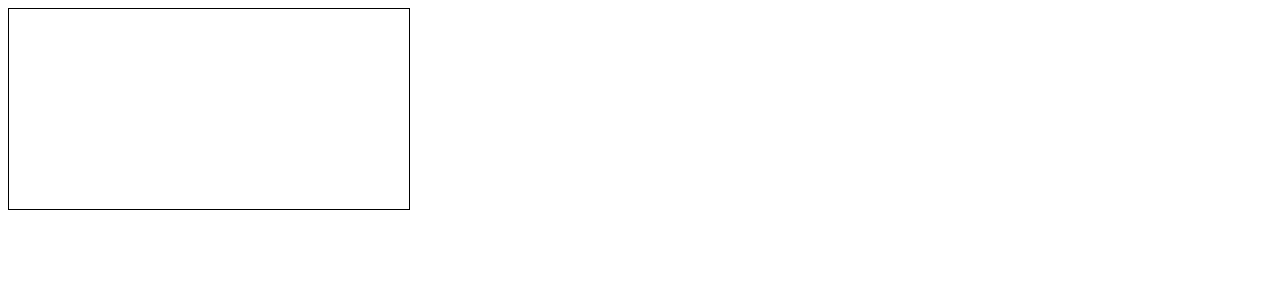
Repository: SeungYn/Javascript-study-toy
Page: canvas-tutorial/index.html
An editor plug-in stored every save of this project. The page is shown before and after the next save, followed by the edit.
The browser window is 1280 px wide. The pictures show the whole page.

Above is the page before, as saved 2023-03-14 12:54:14.
Console error: ReferenceError: context is not defined

### canvas-tutorial/index.html
<!DOCTYPE html>
<html lang="kr">
  <head>
    <meta charset="UTF-8" />
    <meta http-equiv="X-UA-Compatible" content="IE=edge" />
    <meta name="viewport" content="width=device-width, initial-scale=1.0" />

    <style type="text/css">
      #tutorial {
        border: 1px solid black;
      }
    </style>
  </head>
  <body>
    <canvas id="tutorial" width="400" height="200"></canvas>
  </body>

  <script>
    const canvas = document.getElementById('tutorial');
    console.log(canvas);
    var data = [20, 35, 30, 10, 15];

    // 그래프 스타일 정의
    var barWidth = 30;
    var barSpacing = 10;
    var barColor = '#00bfff';

    // 그래프 그리기
    context.beginPath();
    for (var i = 0; i < data.length; i++) {
      var x = i * (barWidth + barSpacing);
      var y = canvas.height - data[i];
      if (i === 0) {
        context.moveTo(x, y);
      } else {
        context.lineTo(x, y);
      }
    }
    context.lineTo(canvas.width - barSpacing, canvas.height);
    context.lineTo(0, canvas.height);
    context.closePath();
    context.fillStyle = barColor;
    context.fill();

    (async function () {
      const res = await fetch('/data.json');
      const json = await res.json();
      data = json.response;
      console.log(data);
      console.log(Object.entries(data).map((item) => item[1].value_bar));
      console.log(
        Math.max(...Object.entries(data).map((item) => item[1].value_bar))
      );
    })();
  </script>
</html>

### canvas-tutorial/data.json
{
  "type": "Flexsys Mock API",
  "version": 1.0,
  "response": {
    "2023-02-01 14:32:00": {
      "id": "성북구",
      "value_area": 46,
      "value_bar": 13111
    },
    "2023-02-01 14:32:05": {
      "id": "강남구",
      "value_area": 9,
      "value_bar": 19143
    },
    "2023-02-01 14:32:10": {
      "id": "노원구",
      "value_area": 79,
      "value_bar": 14798
    },
    "2023-02-01 14:32:15": {
      "id": "중랑구",
      "value_area": 4,
      "value_bar": 14456
    },
    "2023-02-01 14:32:20": {
      "id": "노원구",
      "value_area": 97,
      "value_bar": 19116
    },
    "2023-02-01 14:32:25": {
      "id": "성북구",
      "value_area": 66,
      "value_bar": 18098
    },
    "2023-02-01 14:32:30": {
      "id": "중랑구",
      "value_area": 84,
      "value_bar": 16243
    },
    "2023-02-01 14:32:35": {
      "id": "강남구",
      "value_area": 5,
      "value_bar": 13100
    },
    "2023-02-01 14:32:40": {
      "id": "성북구",
      "value_area": 13,
      "value_bar": 19429
    },
    "2023-02-01 14:32:45": {
      "id": "노원구",
      "value_area": 50,
      "value_bar": 14923
    },
    "2023-02-01 14:32:50": {
      "id": "강남구",
      "value_area": 24,
      "value_bar": 10127
    },
    "2023-02-01 14:32:55": {
      "id": "강남구",
      "value_area": 98,
      "value_bar": 12583
    },
    "2023-02-01 14:33:00": {
      "id": "중랑구",
      "value_area": 7,
      "value_bar": 12310
    },
    "2023-02-01 14:33:05": {
      "id": "중랑구",
      "value_area": 21,
      "value_bar": 15764
    },
    "2023-02-01 14:33:10": {
      "id": "강남구",
      "value_area": 67,
      "value_bar": 11060
    },
    "2023-02-01 14:33:15": {
      "id": "강남구",
      "value_area": 69,
      "value_bar": 14857
    },
    "2023-02-01 14:33:20": {
      "id": "노원구",
      "value_area": 86,
      "value_bar": 13995
    },
    "2023-02-01 14:33:25": {
      "id": "중랑구",
      "value_area": 59,
      "value_bar": 14773
    },
    "2023-02-01 14:33:30": {
      "id": "노원구",
      "value_area": 77,
      "value_bar": 18347
    },
    "2023-02-01 14:33:35": {
      "id": "성북구",
      "value_area": 77,
      "value_bar": 15970
    },
    "2023-02-01 14:33:40": {
      "id": "성북구",
      "value_area": 27,
      "value_bar": 18577
    },
    "2023-02-01 14:33:45": {
      "id": "성북구",
      "value_area": 33,
      "value_bar": 11704
    },
    "2023-02-01 14:33:50": {
      "id": "성북구",
      "value_area": 17,
      "value_bar": 17241
    },
    "2023-02-01 14:33:55": {
      "id": "노원구",
      "value_area": 22,
      "value_bar": 14450
    },
    "2023-02-01 14:34:00": {
      "id": "중랑구",
      "value_area": 27,
      "value_bar": 14970
    },
    "2023-02-01 14:34:05": {
      "id": "중랑구",
      "value_area": 99,
      "value_bar": 17906
    },
    "2023-02-01 14:34:10": {
      "id": "강남구",
      "value_area": 65,
      "value_bar": 11233
    },
    "2023-02-01 14:34:15": {
      "id": "노원구",
      "value_area": 38,
      "value_bar": 17306
    },
    "2023-02-01 14:34:20": {
      "id": "성북구",
      "value_area": 63,
      "value_bar": 14577
    },
    "2023-02-01 14:34:25": {
      "id": "중랑구",
      "value_area": 58,
      "value_bar": 13199
    },
    "2023-02-01 14:34:30": {
      "id": "중랑구",
      "value_area": 93,
      "value_bar": 12707
    },
    "2023-02-01 14:34:35": {
      "id": "강남구",
      "value_area": 74,
      "value_bar": 15064
    },
    "2023-02-01 14:34:40": {
      "id": "강남구",
      "value_area": 45,
      "value_bar": 16300
    },
    "2023-02-01 14:34:45": {
      "id": "성북구",
      "value_area": 7,
      "value_bar": 14605
    },
    "2023-02-01 14:34:50": {
      "id": "노원구",
      "value_area": 7,
      "value_bar": 15210
    },
    "2023-02-01 14:34:55": {
      "id": "성북구",
      "value_area": 89,
      "value_bar": 13578
    },
    "2023-02-01 14:35:00": {
      "id": "중랑구",
      "value_area": 37,
      "value_bar": 11298
    },
    "2023-02-01 14:35:05": {
      "id": "노원구",
      "value_area": 82,
      "value_bar": 15686
    },
    "2023-02-01 14:35:10": {
      "id": "중랑구",
      "value_area": 19,
      "value_bar": 11485
    },
    "2023-02-01 14:35:15": {
      "id": "성북구",
      "value_area": 37,
      "value_bar": 16848
    },
    "2023-02-01 14:35:20": {
      "id": "성북구",
      "value_area": 91,
      "value_bar": 18670
    },
    "2023-02-01 14:35:25": {
      "id": "강남구",
      "value_area": 44,
      "value_bar": 17165
    },
    "2023-02-01 14:35:30": {
      "id": "성북구",
      "value_area": 88,
      "value_bar": 15053
    },
    "2023-02-01 14:35:35": {
      "id": "성북구",
      "value_area": 1,
      "value_bar": 14998
    },
    "2023-02-01 14:35:40": {
      "id": "강남구",
      "value_area": 7,
      "value_bar": 17739
    },
    "2023-02-01 14:35:45": {
      "id": "중랑구",
      "value_area": 17,
      "value_bar": 19212
    },
    "2023-02-01 14:35:50": {
      "id": "노원구",
      "value_area": 73,
      "value_bar": 16757
    },
    "2023-02-01 14:35:55": {
      "id": "노원구",
      "value_area": 24,
      "value_bar": 12864
    },
    "2023-02-01 14:36:00": {
      "id": "노원구",
      "value_area": 99,
      "value_bar": 10178
    },
    "2023-02-01 14:36:05": {
      "id": "성북구",
      "value_area": 13,
      "value_bar": 19425
    },
    "2023-02-01 14:36:10": {
      "id": "강남구",
      "value_area": 2,
      "value_bar": 12455
    },
    "2023-02-01 14:36:15": {
      "id": "노원구",
      "value_area": 91,
      "value_bar": 16945
    },
    "2023-02-01 14:36:20": {
      "id": "성북구",
      "value_area": 10,
      "value_bar": 13734
    },
    "2023-02-01 14:36:25": {
      "id": "성북구",
      "value_area": 14,
      "value_bar": 13894
    },
    "2023-02-01 14:36:30": {
      "id": "중랑구",
      "value_area": 82,
      "value_bar": 19367
    },
    "2023-02-01 14:36:35": {
      "id": "중랑구",
      "value_area": 71,
      "value_bar": 15492
    },
    "2023-02-01 14:36:40": {
      "id": "강남구",
      "value_area": 2,
      "value_bar": 19082
    },
    "2023-02-01 14:36:45": {
      "id": "노원구",
      "value_area": 24,
      "value_bar": 13117
    },
    "2023-02-01 14:36:50": {
      "id": "노원구",
      "value_area": 96,
      "value_bar": 15744
    },
    "2023-02-01 14:36:55": {
      "id": "성북구",
      "value_area": 74,
      "value_bar": 15609
    },
    "2023-02-01 14:37:00": {
      "id": "노원구",
      "value_area": 48,
      "value_bar": 14747
    },
    "2023-02-01 14:37:05": {
      "id": "중랑구",
      "value_area": 34,
      "value_bar": 15331
    },
    "2023-02-01 14:37:10": {
      "id": "노원구",
      "value_area": 73,
      "value_bar": 12292
    },
    "2023-02-01 14:37:15": {
      "id": "강남구",
      "value_area": 77,
      "value_bar": 11454
    },
    "2023-02-01 14:37:20": {
      "id": "강남구",
      "value_area": 94,
      "value_bar": 12972
    },
    "2023-02-01 14:37:25": {
      "id": "성북구",
      "value_area": 29,
      "value_bar": 19279
    },
    "2023-02-01 14:37:30": {
      "id": "노원구",
      "value_area": 73,
      "value_bar": 18371
    },
    "2023-02-01 14:37:35": {
      "id": "노원구",
      "value_area": 50,
      "value_bar": 13317
    },
    "2023-02-01 14:37:40": {
      "id": "강남구",
      "value_area": 65,
      "value_bar": 18504
    },
    "2023-02-01 14:37:45": {
      "id": "성북구",
      "value_area": 87,
      "value_bar": 16196
    },
    "2023-02-01 14:37:50": {
      "id": "강남구",
      "value_area": 14,
      "value_bar": 19701
    },
    "2023-02-01 14:37:55": {
      "id": "중랑구",
      "value_area": 80,
      "value_bar": 14836
    },
    "2023-02-01 14:38:00": {
      "id": "노원구",
      "value_area": 14,
      "value_bar": 13074
    },
    "2023-02-01 14:38:05": {
      "id": "성북구",
      "value_area": 25,
      "value_bar": 18335
    },
    "2023-02-01 14:38:10": {
      "id": "중랑구",
      "value_area": 22,
      "value_bar": 15022
    },
    "2023-02-01 14:38:15": {
      "id": "노원구",
      "value_area": 6,
      "value_bar": 12043
    },
    "2023-02-01 14:38:20": {
      "id": "중랑구",
      "value_area": 88,
      "value_bar": 11144
    },
    "2023-02-01 14:38:25": {
      "id": "강남구",
      "value_area": 1,
      "value_bar": 17518
    },
    "2023-02-01 14:38:30": {
      "id": "노원구",
      "value_area": 90,
      "value_bar": 18643
    },
    "2023-02-01 14:38:35": {
      "id": "성북구",
      "value_area": 98,
      "value_bar": 18318
    },
    "2023-02-01 14:38:40": {
      "id": "중랑구",
      "value_area": 4,
      "value_bar": 10746
    },
    "2023-02-01 14:38:45": {
      "id": "강남구",
      "value_area": 43,
      "value_bar": 18806
    },
    "2023-02-01 14:38:50": {
      "id": "중랑구",
      "value_area": 43,
      "value_bar": 16209
    },
    "2023-02-01 14:38:55": {
      "id": "강남구",
      "value_area": 91,
      "value_bar": 14273
    },
    "2023-02-01 14:39:00": {
      "id": "성북구",
      "value_area": 31,
      "value_bar": 19193
    },
    "2023-02-01 14:39:05": {
      "id": "성북구",
      "value_area": 92,
      "value_bar": 19661
    },
    "2023-02-01 14:39:10": {
      "id": "노원구",
      "value_area": 20,
      "value_bar": 19574
    },
    "2023-02-01 14:39:15": {
      "id": "중랑구",
      "value_area": 72,
      "value_bar": 18963
    },
    "2023-02-01 14:39:20": {
      "id": "강남구",
      "value_area": 15,
      "value_bar": 13083
    },
    "2023-02-01 14:39:25": {
      "id": "성북구",
      "value_area": 34,
      "value_bar": 12868
    },
    "2023-02-01 14:39:30": {
      "id": "강남구",
      "value_area": 44,
      "value_bar": 10836
    },
    "2023-02-01 14:39:35": {
      "id": "중랑구",
      "value_area": 13,
      "value_bar": 14255
    },
    "2023-02-01 14:39:40": {
      "id": "노원구",
      "value_area": 35,
      "value_bar": 15437
    },
    "2023-02-01 14:39:45": {
      "id": "중랑구",
      "value_area": 95,
      "value_bar": 18426
    },
    "2023-02-01 14:39:50": {
      "id": "강남구",
      "value_area": 61,
      "value_bar": 11387
    },
    "2023-02-01 14:39:55": {
      "id": "성북구",
      "value_area": 18,
      "value_bar": 14312
    },
    "2023-02-01 14:40:00": {
      "id": "성북구",
      "value_area": 18,
      "value_bar": 18700
    },
    "2023-02-01 14:40:05": {
      "id": "중랑구",
      "value_area": 92,
      "value_bar": 18053
    },
    "2023-02-01 14:40:10": {
      "id": "강남구",
      "value_area": 75,
      "value_bar": 13460
    },
    "2023-02-01 14:40:15": {
      "id": "성북구",
      "value_area": 15,
      "value_bar": 14829
    }
  }
}

After the next save:
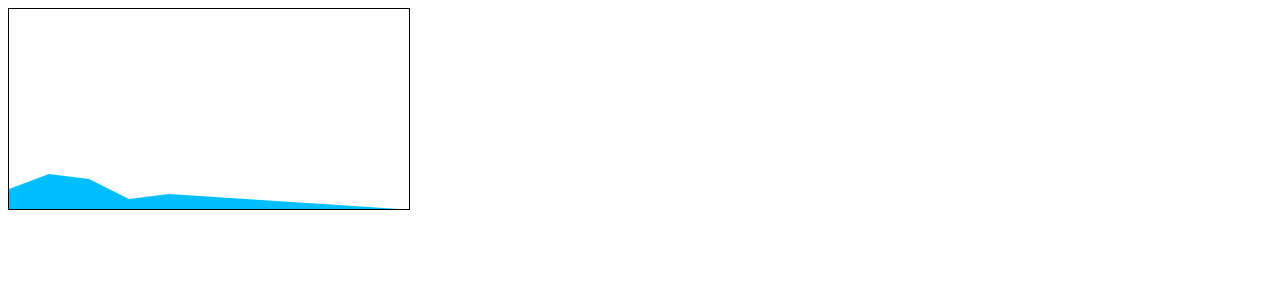
The error is gone.
Saved 15 s later.
--- a/canvas-tutorial/index.html
+++ b/canvas-tutorial/index.html
@@ -17,7 +17,7 @@
 
   <script>
     const canvas = document.getElementById('tutorial');
-    console.log(canvas);
+    var context = canvas.getContext('2d');
     var data = [20, 35, 30, 10, 15];
 
     // 그래프 스타일 정의
